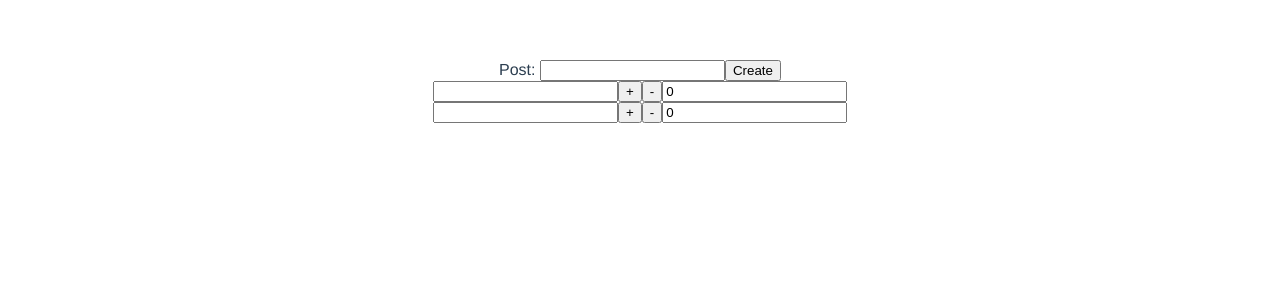
Repository: AnatoliyZaporozhets/HomeTask
Page: / (app in HomeWork_2/Task_1/)
These files come from the project's save history. The page is drawn as it stood at one moment and after the next save; the edit follows.
The browser window is 1280 px wide. The pictures show the whole page.
The project was rebuilt for these pictures with package versions that can differ from the ones it lists, and the page was loaded fresh each time. Also part of the build but not shown: HomeWork_2/Task_1/vue.config.js.

Above is the page before, as saved 2022-04-17 15:40:32.

### HomeWork_2/Task_1/src/App.vue
<template>
  <div>
    <create-post/>
    <post-list/>
    <post-list/>
  </div>
</template>

<script>
import CreatePost from './components/CreatePost'
import PostList from './components/PostList'
export default {
  name: 'App',
  components: {
   CreatePost,
   PostList
  },
  data(){
    return{
      postListArr:[]
    }
  }
}
</script>

<style>
#app {
  font-family: Avenir, Helvetica, Arial, sans-serif;
  -webkit-font-smoothing: antialiased;
  -moz-osx-font-smoothing: grayscale;
  text-align: center;
  color: #2c3e50;
  margin-top: 60px;
}
</style>

### HomeWork_2/Task_1/src/components/CreatePost/index.vue
<template>
    <div>
        <label>
            Post:
            <input type="text" name="" id="">
            <button>Create</button>
        </label>
    </div>
</template>

<script>
    export default {
      name:'CreatePost'
    }
</script>

<style lang="css" scoped>

</style>

### HomeWork_2/Task_1/src/components/PostList/index.vue
<template>
    <div>
        <input type="text" name="" id="">
        <button @click="onChange(1)">+</button>
        <button @click="onChange(-1)">-</button>
        <input type="number" v-model="likes">
    </div>
</template>

<script>
    export default {
        name:'PostList',
    data(){
        return{
            likes:0
        }
    },
    methods: {
    onChange(increment) {
      this.likes+=increment
    },

    }}

</script>

<style lang="scss" scoped>

</style>

Loaded but not shown: HomeWork_2/Task_1/public/index.html (common file); HomeWork_2/Task_1/src/main.js (common file)

After the next save:
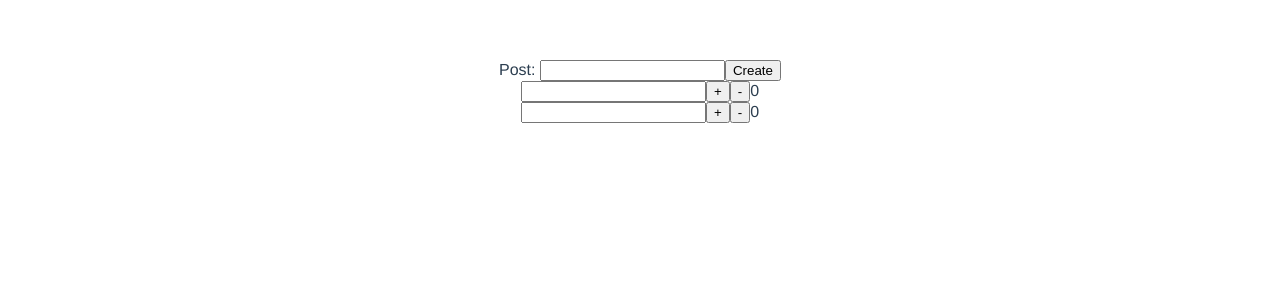
Saved 78 s later.
--- a/HomeWork_2/Task_1/src/components/PostList/index.vue
+++ b/HomeWork_2/Task_1/src/components/PostList/index.vue
@@ -3,7 +3,8 @@
         <input type="text" name="" id="">
         <button @click="onChange(1)">+</button>
         <button @click="onChange(-1)">-</button>
-        <input type="number" v-model="likes">
+        <!-- <input type="number" v-model="likes"> -->
+        <span >{{likes}}</span>
     </div>
 </template>
 
